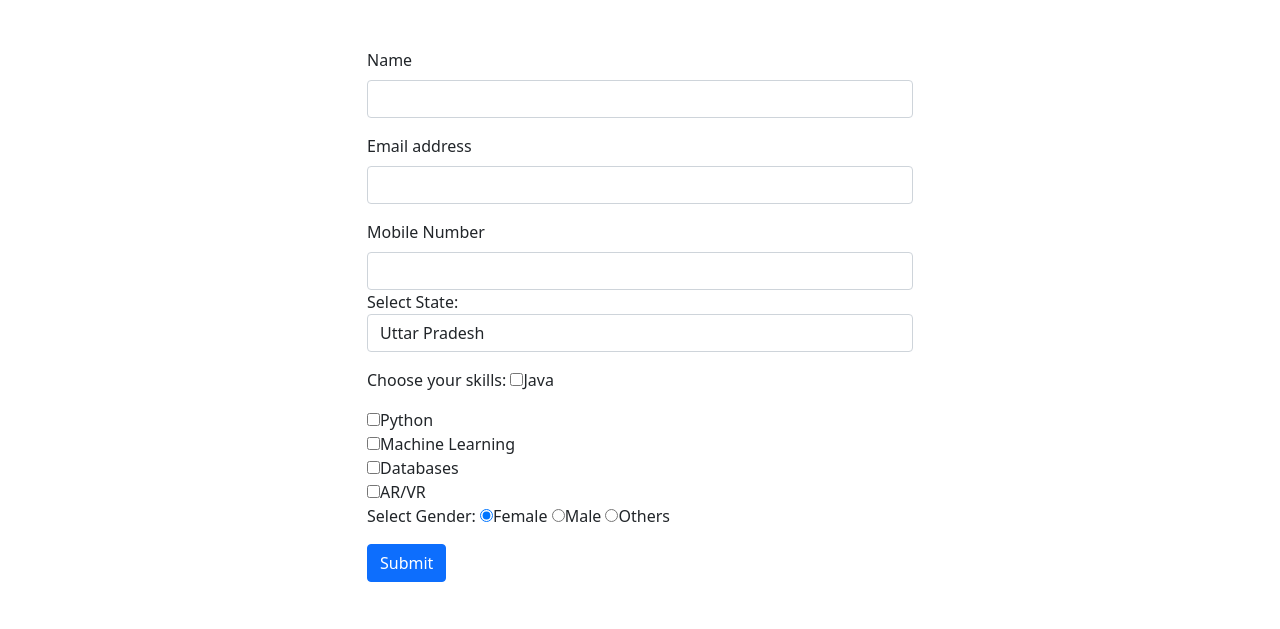
Repository: SimSri-ExtraMarks/FormHandling
Page: formHandling/form.html
An editor plug-in stored every save of this project. The page is shown before and after the next save, followed by the edit.
The browser window is 1280 px wide. The pictures show the whole page.

Above is the page before, as saved 2021-06-26 12:51:11.

After the next save:
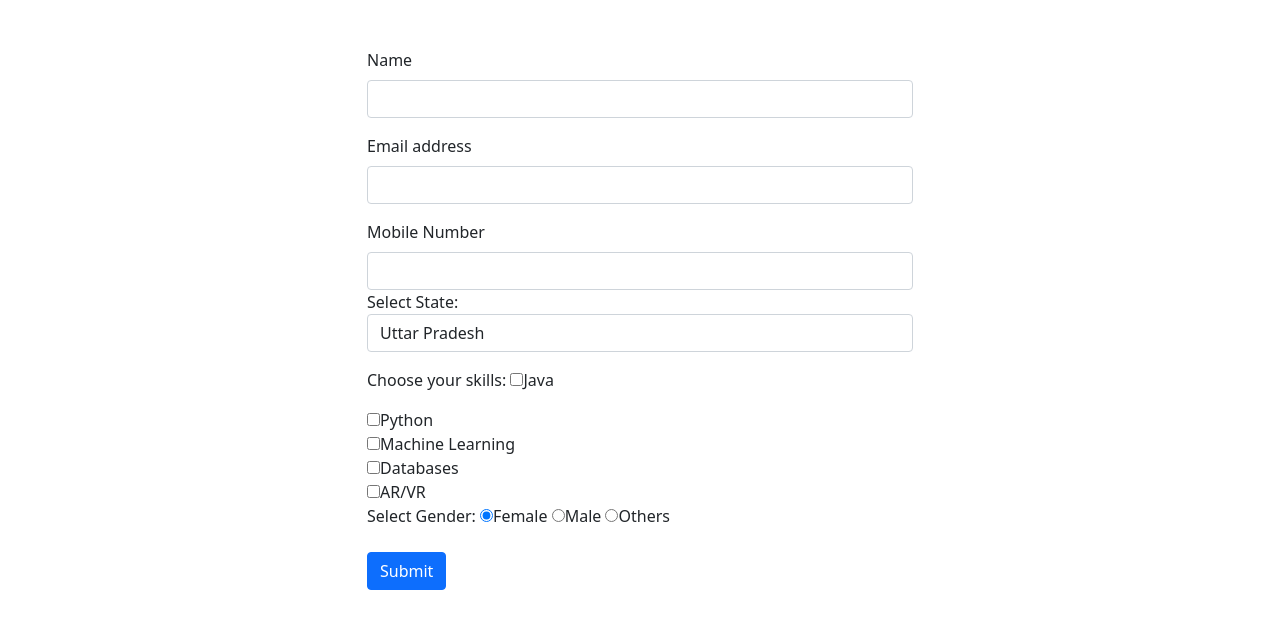
Saved 23 s later.
--- a/formHandling/form.html
+++ b/formHandling/form.html
@@ -56,7 +56,7 @@
   <label><input type="checkbox" value="exampleInputSkills">AR/VR</label>
 </div>
 
-					<div class="mb-3">
+					<div class="mb-4">
 						<label for="exampleInputGender">Select Gender:</label> <label
 							class="radio-inline"><input type="radio"
 							name="exampleInputGender" checked>Female</label> <label
